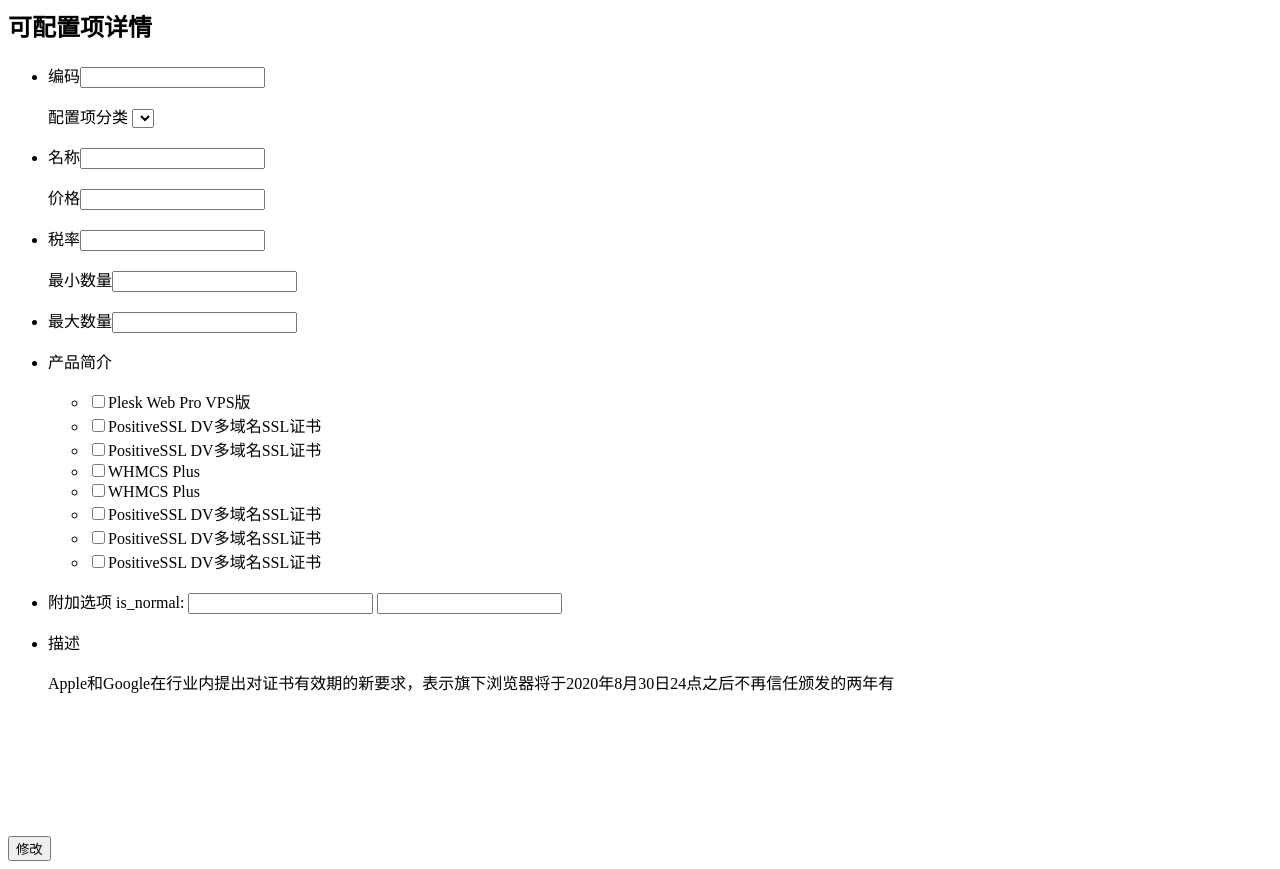
Repository: wangyan466393/racentSystem
Page: configurableDetail.html
These files come from the project's save history. The page is drawn as it stood at one moment and after the next save; the edit follows.
The browser window is 1280 px wide. The pictures show the whole page.

Above is the page before, as saved 2020-08-12 15:46:21.

### configurableDetail.html
<div id="content_box">
    <h2>可配置项详情</h2>
<div class="config_box">
    <div class="config_content">
        <ul>
            <li>

                <p>
                    <span>编码</span><input type="text" class="config_inp">
                </p>
                <p>
                    <span>配置项分类</span>
                    <select name="" id="" class="config_inp">
                        <option value=""></option>
                    </select>
                </p>
            </li>
            <li>

                <p>
                    <span>名称</span><input type="text" class="config_inp">
                </p>
                <p>
                    <span>价格</span><input type="number" class="config_inp">
                </p>
            </li>
            <li>

                <p>
                    <span>税率</span><input type="number" class="config_inp">
                </p>
                <p>
                    <span>最小数量</span><input type="number" class="config_inp">
                </p>
            </li>
            <li>

                <p>
                    <span>最大数量</span><input type="number" class="config_inp">
                </p>
            </li>
            <li>
               <p> <span>产品简介</span></p>
               <div class="intro_box">


                <ul class="intro">
                    <li>
                        <input type="checkbox"><label for="">Plesk Web Pro VPS版</label>
                    </li>
                    <li>
                        <input type="checkbox"><label for="">PositiveSSL DV多域名SSL证书</label>
                    </li>
                    <li>
                        <input type="checkbox"><label for="">PositiveSSL DV多域名SSL证书</label>
                    </li>
                    <li>
                        <input type="checkbox"><label for="">WHMCS Plus</label>
                    </li>
                    <li>
                        <input type="checkbox"><label for="">WHMCS Plus</label>
                    </li>
                    <li>
                        <input type="checkbox"><label for="">PositiveSSL DV多域名SSL证书</label>
                    </li>
                    <li>
                        <input type="checkbox"><label for="">PositiveSSL DV多域名SSL证书</label>
                    </li>
                    <li>
                        <input type="checkbox"><label for="">PositiveSSL DV多域名SSL证书</label>
                    </li>
                </ul>
            </div>
            </li>
            <li>
                <p>
                    <span>附加选项</span>
                    <label for="">
                        <span>is_normal:</span>
                        <input type="text" class="config_inp">
                    </label>
                    <input type="text" class="config_inp">
                </p>

            </li>
            <li>
               <p> <span>描述</span></p>
                <div class="e_content" style="width: 100%;min-height: 150px;">
                    <p>
                        Apple和Google在行业内提出对证书有效期的新要求，表示旗下浏览器将于2020年8月30日24点之后不再信任颁发的两年有
                    </p>
                </div>
            </li>

        </ul>
    </div>
</div>
</div>
<div class="email_back_btn">
    <button type="button">修改</button>
</div>

<script src="js/jquery-1.11.3.js"></script>
<script>
    getProductListsData();
    function getProductListsData() {
        var tableInfo = ""
        for (var i = 0; i < 15; i++) {    //遍历Table的所有Row
            tableInfo += `
            <li>
                <input type="checkbox"><label for="">PositiveSSL DV多域名SSL证书</label>
            </li>
            `
        }
        $(".right_content .intro").append(tableInfo)
    }
</script>

Loaded but not shown: js/jquery-1.11.3.js (library)

After the next save:
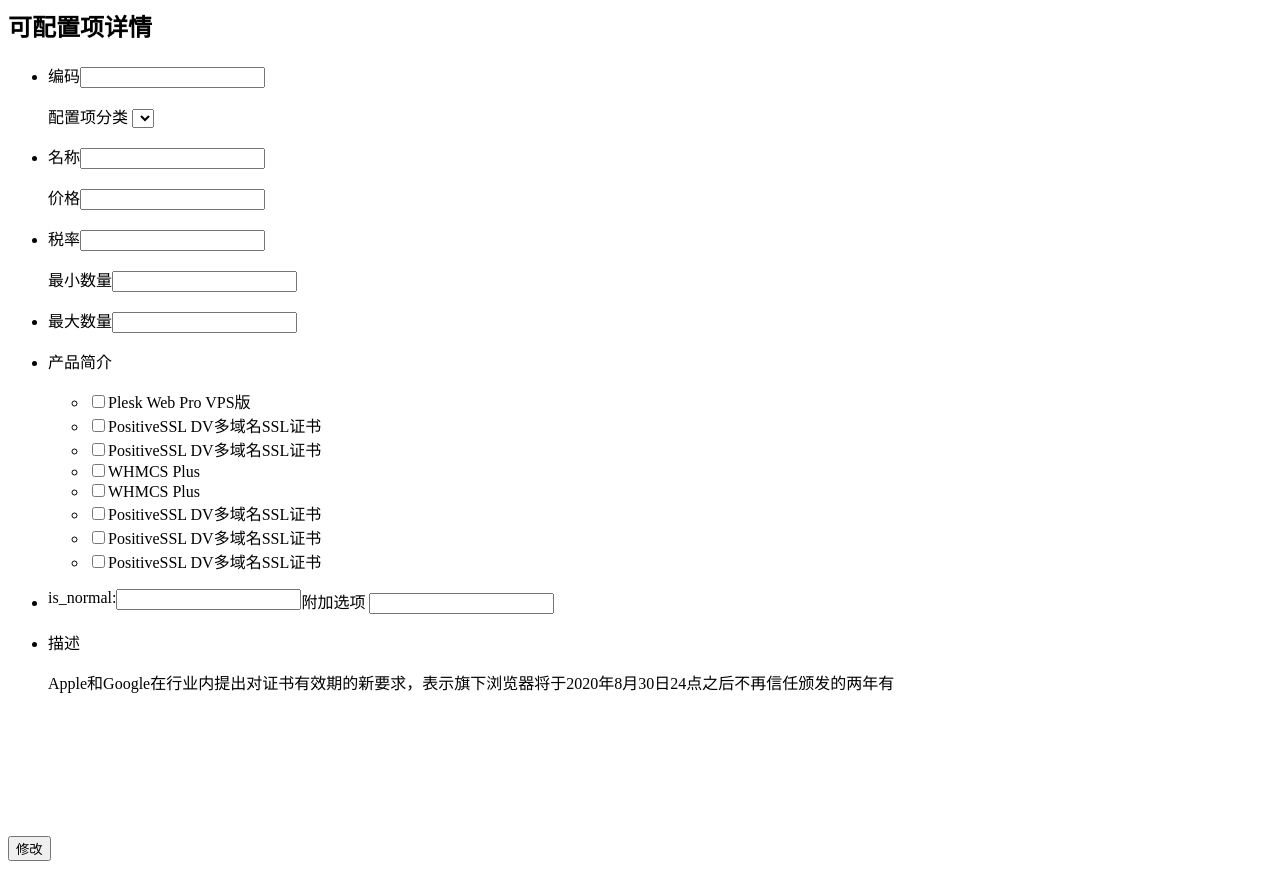
Saved 25 s later.
--- a/configurableDetail.html
+++ b/configurableDetail.html
@@ -76,8 +76,8 @@
                 <p>
                     <span>附加选项</span>
                     <label for="">
-                        <span>is_normal:</span>
-                        <input type="text" class="config_inp">
+                        <span style="float: left;">is_normal:</span>
+                        <input type="text" class="config_inp" style="float: left;">
                     </label>
                     <input type="text" class="config_inp">
                 </p>

After the save that followed:
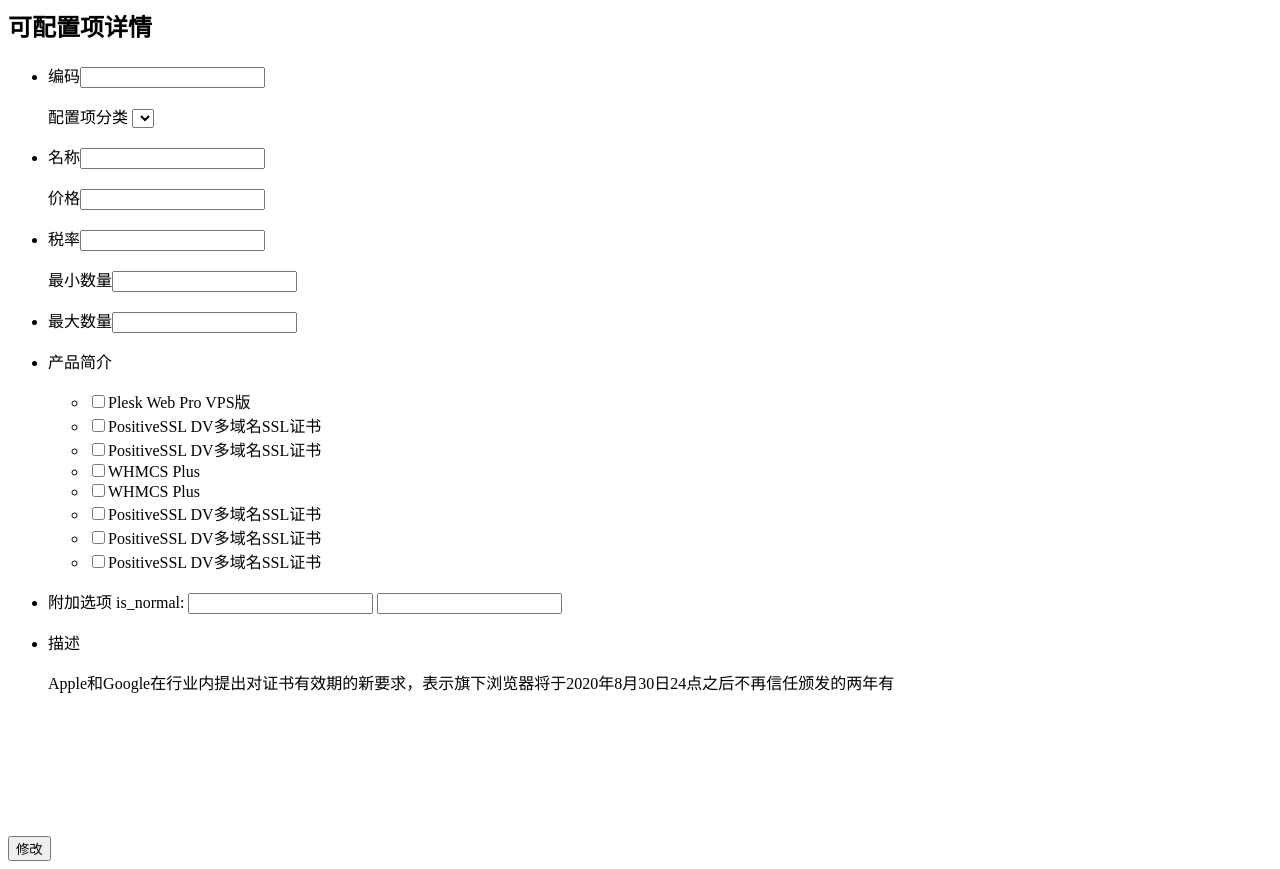
Saved 28 s later.
--- a/configurableDetail.html
+++ b/configurableDetail.html
@@ -76,8 +76,8 @@
                 <p>
                     <span>附加选项</span>
                     <label for="">
-                        <span style="float: left;">is_normal:</span>
-                        <input type="text" class="config_inp" style="float: left;">
+                        <span style="">is_normal:</span>
+                        <input type="text" class="config_inp" style="">
                     </label>
                     <input type="text" class="config_inp">
                 </p>
